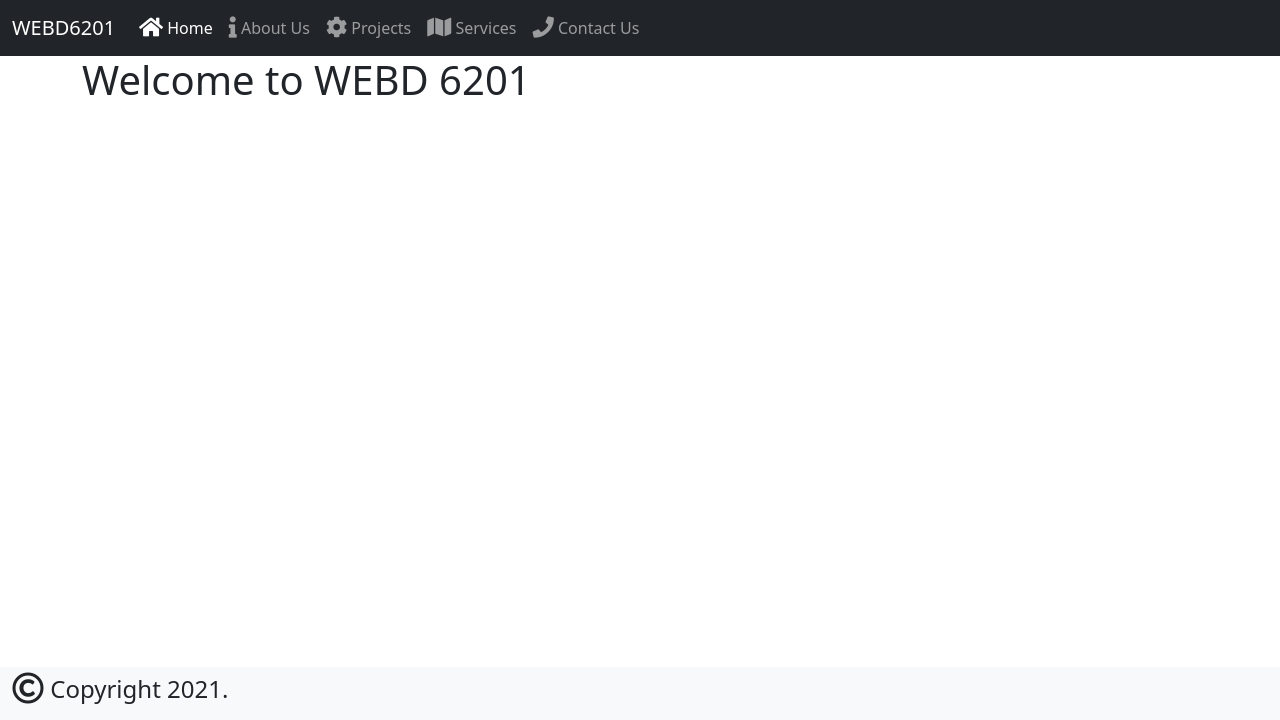
Repository: Sub4Sub/Lab_1
Page: index.html
The author's editor kept a copy of each file at every save. The page is drawn from the files as they stood at one save, then again after the next save.
The browser window is 1280 px wide. The pictures show the whole page.

Above is the page before, as saved 2021-02-03 17:53:33.

### index.html
<!DOCTYPE html>
<html lang="en">
<head>
    <meta charset="UTF-8">
    <meta name="viewport" content="width=device-width, initial-scale=1.0">
    <title>Home</title>
    <!-- CSS Section -->
    <link rel="stylesheet" href="./node_modules/bootstrap/dist/css/bootstrap.min.css">
    <link rel="stylesheet" href="./node_modules/@fortawesome/fontawesome-free/css/all.min.css">
    <link rel="stylesheet" href="./Content/app.css">
</head>
<body>
    <!-- Main Header -->
    <header>
        <!-- Main Navigation -->
        <nav class="navbar navbar-expand-lg navbar-dark bg-dark">
            <div class="container-fluid">
              <a class="navbar-brand" href="index.html">WEBD6201</a>
              <button class="navbar-toggler" type="button" data-bs-toggle="collapse" data-bs-target="#navbarSupportedContent" aria-controls="navbarSupportedContent" aria-expanded="false" aria-label="Toggle navigation">
                <span class="navbar-toggler-icon"></span>
              </button>
              <div class="collapse navbar-collapse" id="navbarSupportedContent">
                <ul class="navbar-nav me-auto mb-2 mb-lg-0">
                  <li class="nav-item">
                    <a class="nav-link active" aria-current="page" href="index.html"><i class="fas fa-home fa-lg"></i> Home</a>
                  </li>

                  <li class="nav-item">
                    <a class="nav-link" aria-current="page" href="about.html"><i class="fas fa-info fa-lg"></i> About Us</a>
                  </li>

                  <li class="nav-item">
                    <a class="nav-link" aria-current="page" href="projects.html"><i class="fas fa-cog fa-lg"></i> Projects</a>
                  </li>

                  <li class="nav-item">
                    <a class="nav-link" aria-current="page" href="services.html"><i class="fas fa-map fa-lg"></i> Services</a>
                  </li>

                  <li class="nav-item">
                    <a class="nav-link" aria-current="page" href="contact.html"><i class="fas fa-phone fa-lg"></i> Contact Us</a>
                  </li>
                </ul>
              </div>
            </div>
          </nav>
    </header>

    <!-- Main Content -->
    <main class="container">
        <h1>Welcome to WEBD 6201</h1>
        <p id="paragraphOne"></p>
    </main>

    <!-- Main Footer -->
    <footer>
        <nav class="navbar fixed-bottom navbar-light bg-light">
            <div class="container-fluid">
              <h4><i class="far fa-copyright fa-lg"></i> Copyright 2021.</h4>
            </div>
          </nav>
    </footer>

    <!-- Script Section-->
    <script src="./node_modules/jquery/dist/jquery.min.js"></script>
    <script src="./node_modules/bootstrap/dist/js/bootstrap.bundle.min.js"></script>
    <script src="./Scripts/app.js"></script>
</body>
</html>

Loaded but not shown: node_modules/bootstrap/dist/css/bootstrap.min.css (library); node_modules/@fortawesome/fontawesome-free/css/all.min.css (library); node_modules/jquery/dist/jquery.min.js (library); node_modules/bootstrap/dist/js/bootstrap.bundle.min.js (library); Scripts/app.js (no copy from this time; the picture is the same without it); Content/app.css (no stored copy; drawn as an empty file)

After the next save:
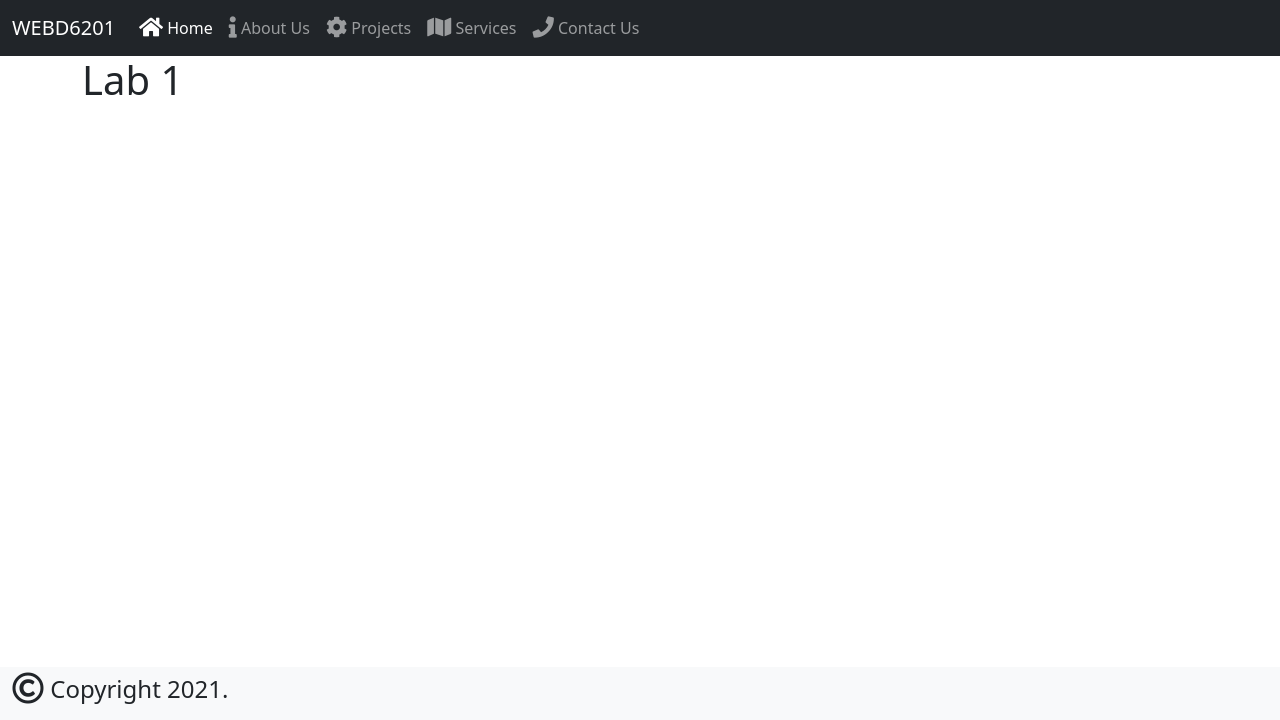
Saved 19 s later.
--- a/index.html
+++ b/index.html
@@ -48,7 +48,7 @@
 
     <!-- Main Content -->
     <main class="container">
-        <h1>Welcome to WEBD 6201</h1>
+        <h1>Lab 1</h1>
         <p id="paragraphOne"></p>
     </main>
 
